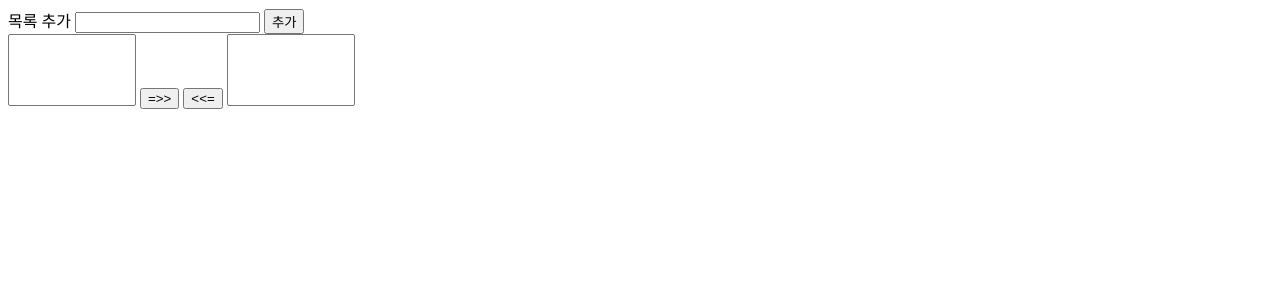
Repository: harin1212/PDA-frontend
Page: 김하린_0809/index.html
An editor plug-in stored every save of this project. The page is shown before and after the next save, followed by the edit.
The browser window is 1280 px wide. The pictures show the whole page.

Above is the page before, as saved 2023-08-10 07:52:40.

After the next save:
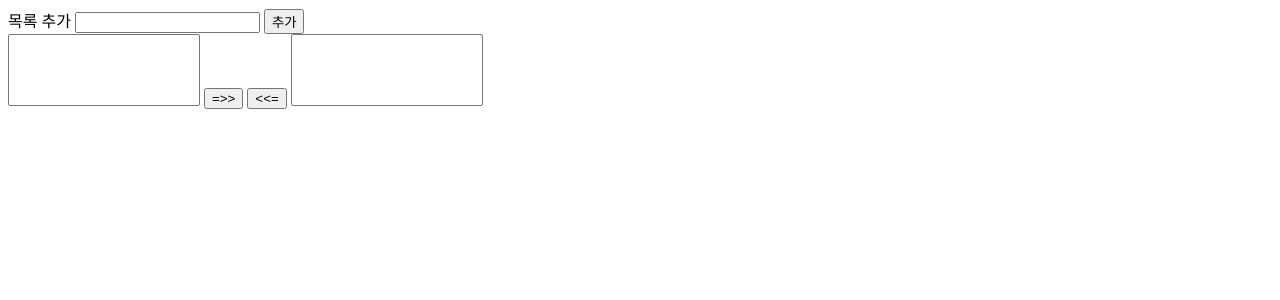
Saved 9 s later.
--- a/김하린_0809/style.css
+++ b/김하린_0809/style.css
@@ -11,6 +11,6 @@
 }
 
 select{
-    width: 10vw;
+    width: 15vw;
     height: 10vh;
 }

After the save that followed:
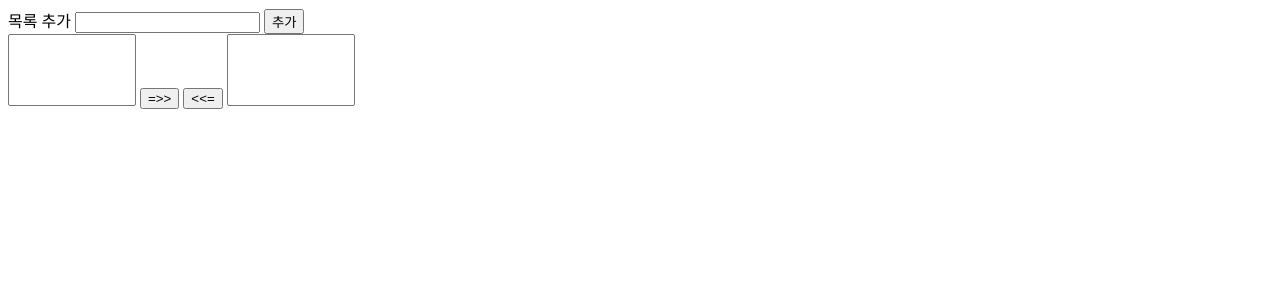
Saved 15 s later.
--- a/김하린_0809/style.css
+++ b/김하린_0809/style.css
@@ -11,6 +11,6 @@
 }
 
 select{
-    width: 15vw;
+    width: 10vw;
     height: 10vh;
 }
